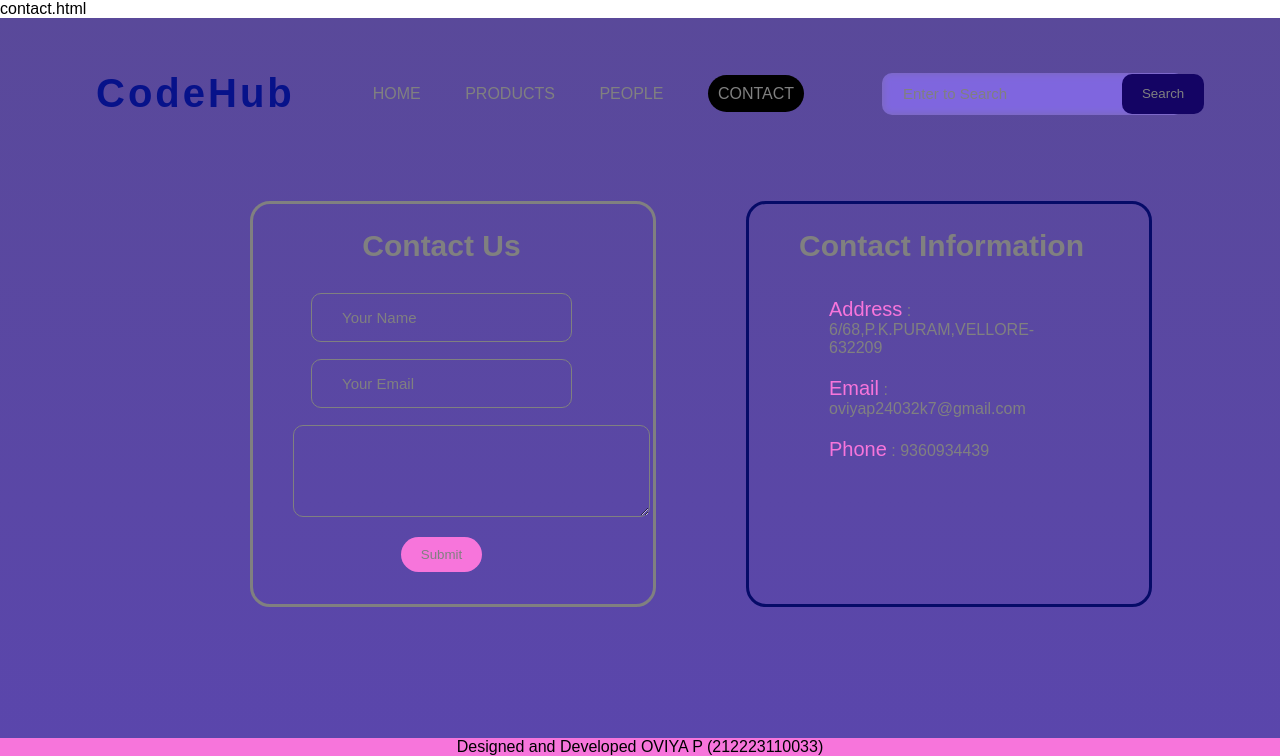
Repository: Oviya24032K6/softweb
Page: oviya/softapp/static/contact.html
These files come from the project's save history. The page is drawn as it stood at one moment and after a run of saves; the edit follows.
The browser window is 1280 px wide. The pictures show the whole page.

Above is the page before, as saved 2024-04-23 11:24:29.

### oviya/softapp/static/contact.html

contact.html

<html>
    <head>
        <meta name="viewport" content="width=device-width, initial-scale=1.0">
        <title> Contact Us Page </title>
        <style type="text/css">
            * {
                margin: 0;
                padding: 0;
                font-family: Arial, Helvetica, sans-serif;
            }
            .banner {
                width: 100%;
                height: 100vh;
                background-image: linear-gradient(rgba(34, 12, 120, 0.75),rgba(35, 8, 144, 0.75));
                background-size: cover;
                background-position: center;
            }
            .navbar {
                width: 85%;
                margin: auto;
                padding: 35px 0;
                display: flex;
                align-items: center;
                justify-content: space-between;
            }
            .bg-contact {
                border: 1px;
                padding: 10px;
                color: gray;
                background-color:#000000;
                border-radius: 30px;
            }
            .logo {
                color:#07128a;
                font-size: 40px;
                font-weight: 700;
                letter-spacing: 3px;
            }
            span {
                color: gray;
            }
            .navbar form {
                width: 300px;
                height: 40px;
                display: flex;
                background: rgba(255, 255, 255, 0.2);
                padding: 1px 1px;
                font-size: 15px;
                border-radius: 10px;
                backdrop-filter: blur(4px) saturate(180%);
            }
            .navbar form input {
                background: transparent;
                flex: 1;
                border: 0;
                outline: none;
                padding: 12px 20px;
                font-size: 15px;
                color: gray;
            }
            ::placeholder {
                color: gray;
            }
            .navbar form button {
                border: 0;
                outline: none;
                padding: 5px 20px;
                color: gray;
                border-radius: 10px;
                background:#140464;
                cursor: pointer;
            }
            .navbar li {
                list-style: none;
                display: inline-block;
                margin: 0 20px;
                position: relative;
            }
            .navbar li a {
                text-decoration: none;
                color: gray;
                text-transform: uppercase;
            }
            .navbar li:hover {
                border: 1px;
                padding: 10px;
                color: gray;
                background-color:#06036a;
                transition: 0.5s;
                cursor: pointer;
                border-radius: 30px;
            }
            .box {
                display: flex;
                column-gap: 40px;
                background: transparent;
                position: relative;
                top: 50px;
            }
            .box-1 {
                height: 400px;
                width: 400px;
                border: 3px solid gray;
                border-radius: 20px;
                background: transparent;
                position: relative;
                left: 250px;
            }
            .box-2 {
                height: 400px;
                width: 400px;
                border: 3px solid#060b68;
                border-radius: 20px;
                background: transparent;
                position: relative;
                left: 300px;
            }
            .box-1 form {
                display: flex;
                color: gray;
                background: transparent;
                padding: 10px;
                font-size: 15px;
                position: relative;
                top: 15px;
            }
            .box-1 form input {
                background: transparent;
                display: flex;
                border: 1px solid gray;
                border-radius: 10px;
                padding: 15px 30px;
                font-size: 15px;
                color: gray;
                position: relative;
                top: 30px;
            }
            .box-1 form textarea {
                background: transparent;
                color: gray;
                padding: 15px 10px;
                position: relative;
                top: 30px;
                left: 30px;
                border: 1px solid gray;
                border-radius: 10px;
            }
            .box-1 form button {
                border: 0;
                outline: none;
                padding: 10px 20px;
                color: gray;
                border-radius: 30px;
                background:#f775db;
                cursor: pointer;
                position: relative;
                top: 50px;
            }
            .box-2 h2 {
                color: gray;
                position: relative;
                top: 25px;
                left: 50px;
                font-size: 30px;
            }
            .box-2 p {
                color: gray;
                position: relative;
                top: 50px;
                padding: 10px 80px;
            }
            .box-2 span {
                color:#f775db;
                font-size: 20px;
            }
            footer {
                background-color:#f775db;
                margin-top: auto;
            }
        </style>
    </head>
<body>
    <div class="banner">
        <br>
        <div class="navbar">
            <h1 class="logo">CodeHub</h1>
            <ul>
                <li><a href="http://127.0.0.1:8000/static/home.html"> Home </a></li>
                <li><a href="http://127.0.0.1:8000/static/product.html"> Products </a></li>
                <li><a href="http://127.0.0.1:8000/static/people.html"> People </a></li>
                <li><a href="http://127.0.0.1:8000/static/contact.html" class="bg-contact"> Contact </a></li>
            </ul>
            <form action="" method="get">
                <input type="text" placeholder="Enter to Search">
                <button type="submit"> Search </button>
            </form>
        </div>
        <div class="box">
            <div class="box-1">
                <form>
                    <center>
                        <h1> Contact Us </h1>
                        <input type="text" placeholder="Your Name">
                        <br>
                        <input type="email" placeholder="Your Email">
                        <br>
                        <textarea rows="4" cols="40" placeholder="Your Message"> </textarea>
                        <br>
                        <button type="submit"> Submit </button>
                    </center>
                </form>
            </div>
            <div class="box-2">
                <h2> Contact Information </h2>
                <p> <span>Address</span> : 6/68,P.K.PURAM,VELLORE-632209 </p>
                <p> <span>Email</span> : oviyap24032k7@gmail.com </p>
                <p> <span>Phone</span> : 9360934439 </p>
            </div>
        </div>
    </div>
    <footer>
        <center> Designed and Developed OVIYA P (212223110033) </center>
    </footer>
</body>
</html>

After the next 2 saves:
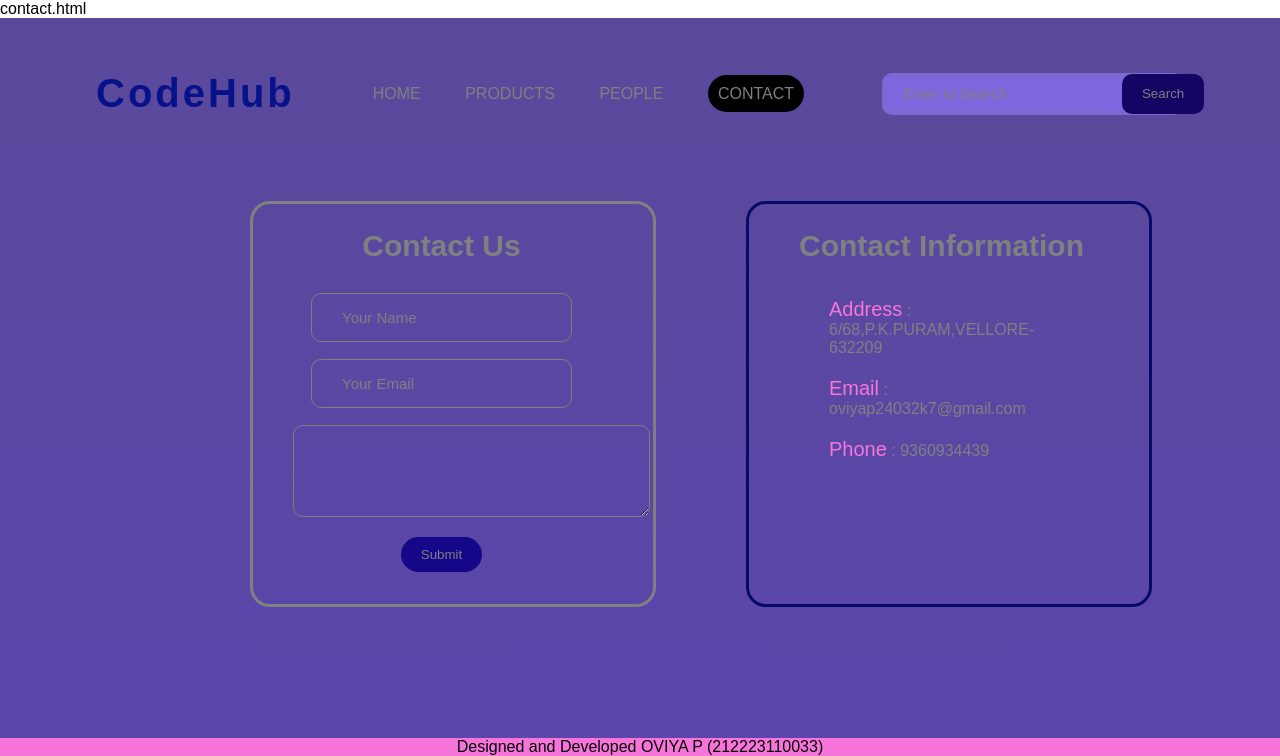
The 2 saves are shown as one change because they came seconds apart.
The last was saved 8 s later.
--- a/oviya/softapp/static/contact.html
+++ b/oviya/softapp/static/contact.html
@@ -154,7 +154,7 @@ contact.html
                 padding: 10px 20px;
                 color: gray;
                 border-radius: 30px;
-                background:#f775db;
+                background:#140788;
                 cursor: pointer;
                 position: relative;
                 top: 50px;
